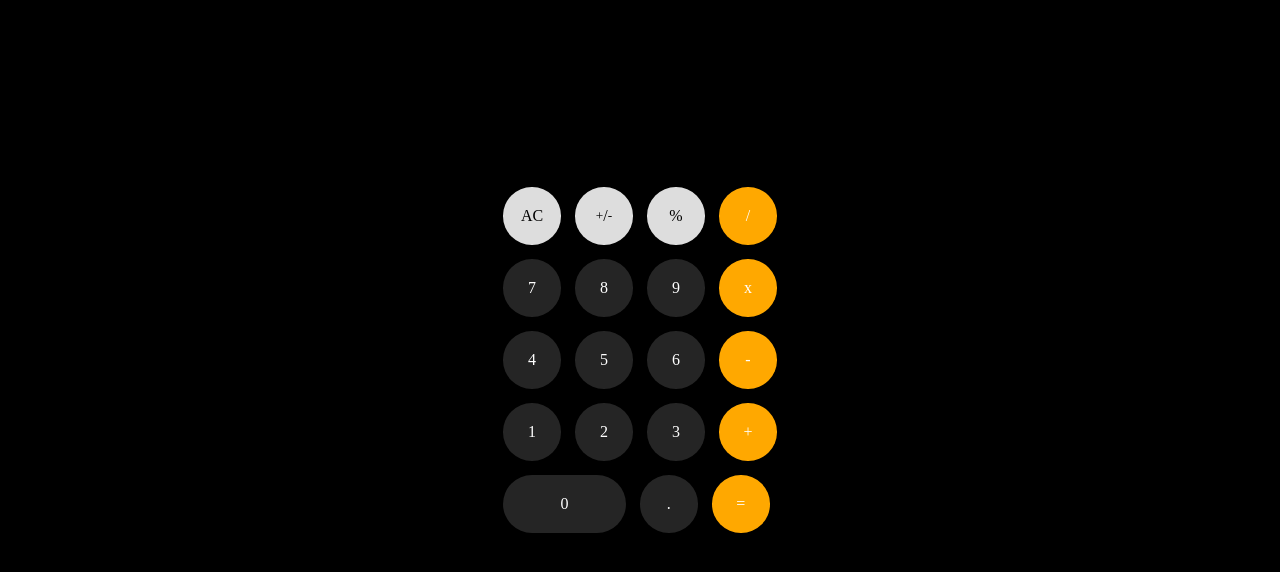
Repository: bombiux/calculadoraJS
Page: index.html
An editor plug-in stored every save of this project. The page is shown before and after the next save, followed by the edit.
The browser window is 1280 px wide. The pictures show the whole page.

Above is the page before, as saved 2020-08-08 18:37:22.

### index.html
<!DOCTYPE html>
<html lang="en">
<head>
    <meta charset="UTF-8">
    <meta name="viewport" content="width=device-width, initial-scale=1.0">
    <title>Document</title>
    <link rel="stylesheet" href="style.css">
</head>
<body>
    <div class="calculator">
        <div>
            <div class="special">AC</div>
            <div class="special"><sup>+</sup>/<sub>-</sub></div>
            <div class="special">%</div>
            <div class="operator">/</div>
        </div>
        <div>
            <div class="numbers">7</div>
            <div class="numbers">8</div>
            <div class="numbers">9</div>
            <div class="operator">x</div>
        </div>
        <div>
            <div class="numbers">4</div>
            <div class="numbers">5</div>
            <div class="numbers">6</div>
            <div class="operator">-</div>
        </div>
        <div>
            <div class="numbers">1</div>
            <div class="numbers">2</div>
            <div class="numbers">3</div>
            <div class="operator">+</div>
        </div>
        <div>
            <div class="numbers cero">0</div>
            <div class="numbers">.</div>
            <div class="operator">=</div>
        </div>
    </div>
</body>
</html>

### style.css
body {
    background: black;
    height: 100vh;
    width: 100vw;
    margin: 0;
    padding: 0;
    display: flex;
    justify-content: center;
    align-items: center;
}

.calculator {
    display: flex;
    flex-direction: column;
}

.calculator > div {
    display: flex;
}

.calculator > div > div {
    width: 8vh;
    height: 8vh;
    border-radius: 50%;
    justify-content: center;
    align-items: center;
    display: flex;
    margin: 1vh;
}

.calculator > div > .cero {
    width: 17vh;
    border-radius: 40px;
}

.special {
    background-color: rgb(221, 221, 221)
}

.numbers {
    background-color: rgb(37, 37, 37);
    color: white;
}

.operator {
    background: #ffa800;
    color: white;
}

After the next save:
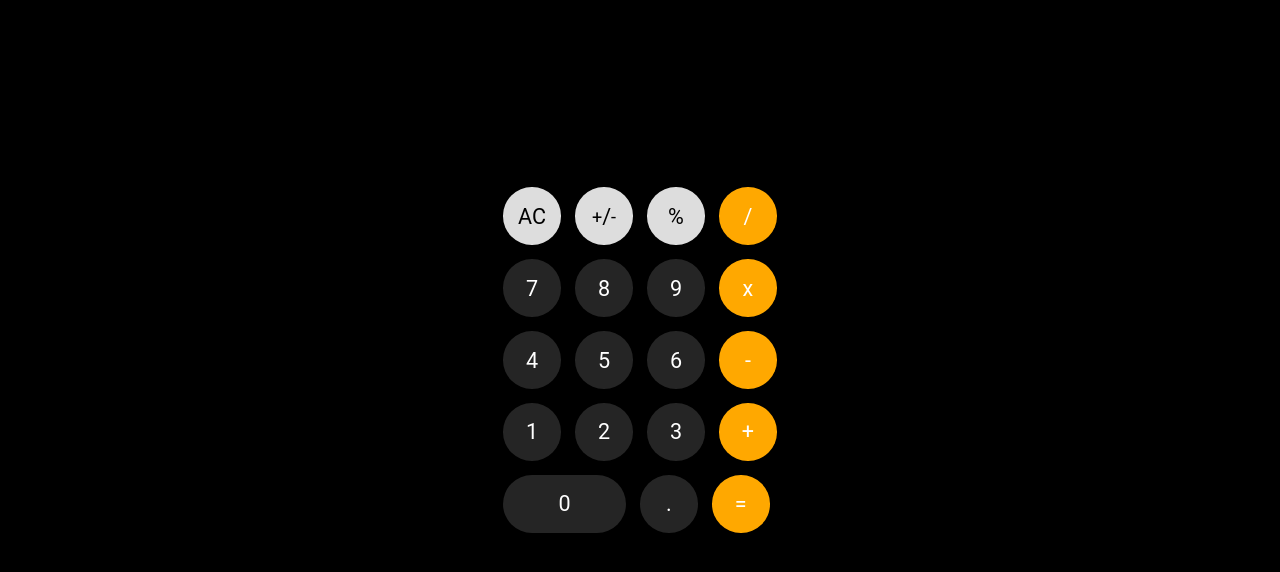
Saved 38 s later.
--- a/style.css
+++ b/style.css
@@ -7,6 +7,8 @@ body {
     display: flex;
     justify-content: center;
     align-items: center;
+    font-family: roboto;
+    font-size: 3vh;
 }
 
 .calculator {
